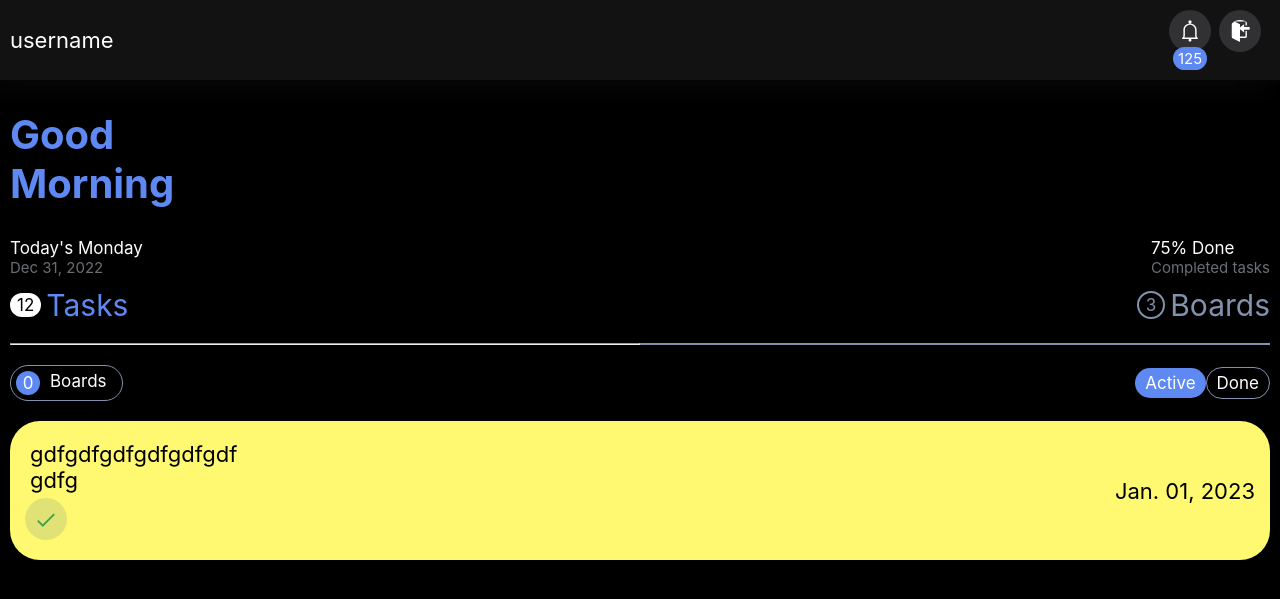
Repository: ShindanoSingi/todo-app
Page: /
An editor plug-in stored every save of this project. The page is shown before and after the next save, followed by the edit.
The browser window is 1280 px wide. The pictures show the whole page.
The project was rebuilt for these pictures with package versions that can differ from the ones it lists, and the page was loaded fresh each time. Also part of the build but not shown: src/pages/LandingPage.js.

Above is the page before, as saved 2023-01-01 19:44:48.

After the next save:
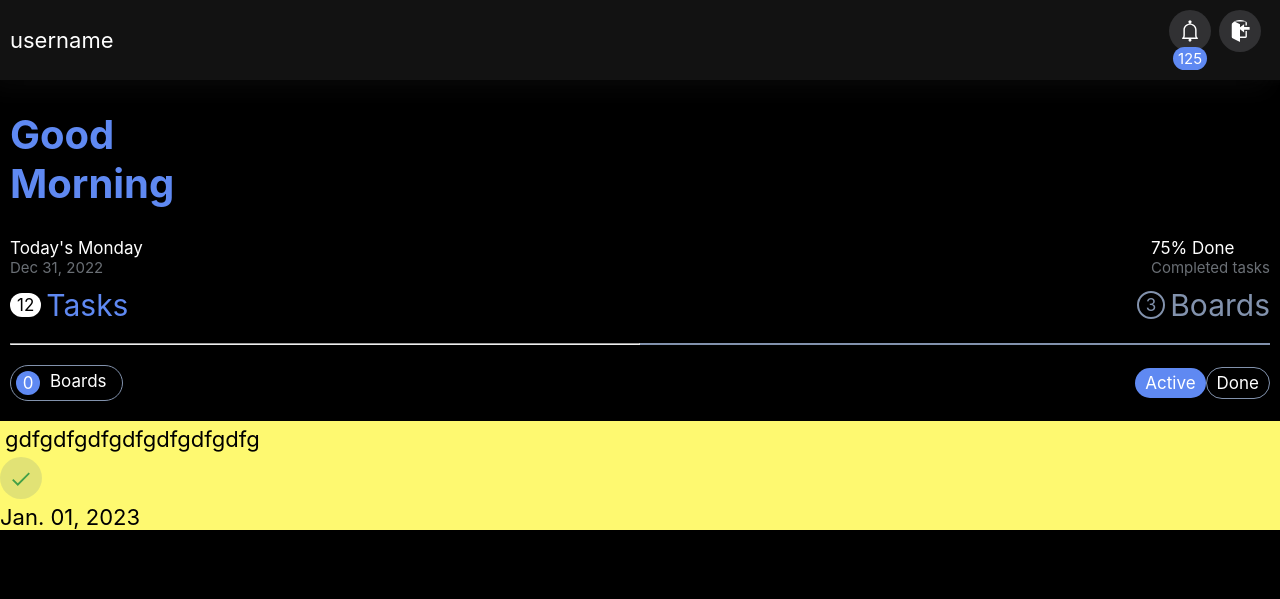
Saved 28 s later.
--- a/src/pages/Todos.js
+++ b/src/pages/Todos.js
@@ -65,8 +65,8 @@ function Todos() {
                         </div>
                     </div>
                     <div className='todos-container'>
-                        <div className='todo-card' style={{ backgroundColor: color }}>
-                            <div>
+                        <div style={{ backgroundColor: color }}>
+                            <div >
                                 <p className='task-title'>gdfgdfgdfgdfgdfgdfgdfg</p>
                                 < FcCheckmark className='check-circle-icon' />
                             </div>
